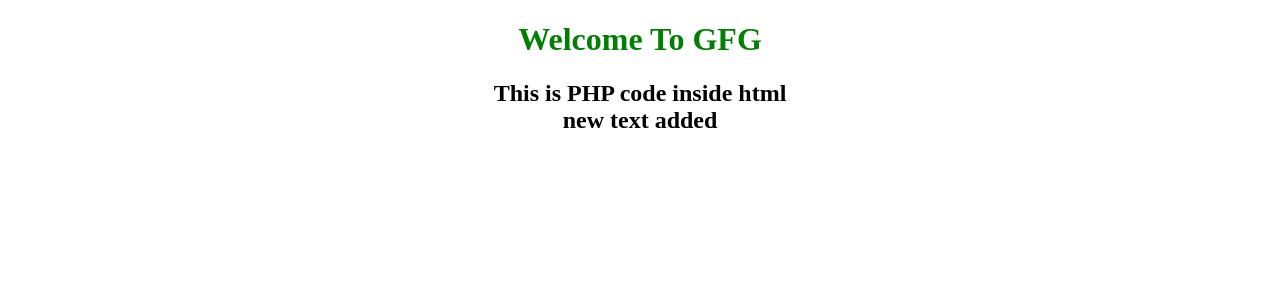
Repository: joyelmk/phpprojectgh
Page: http://localhost/example1.php
The author's editor kept a copy of each file at every save. The page is drawn from the files as they stood at one save, then again after the next save.
The browser window is 1280 px wide. The pictures show the whole page.
The page is run by PHP 8.4 with error messages shown; the project is at /var/www/html/.

Above is the page before, as saved 2022-12-14 10:55:38.

After the next save:
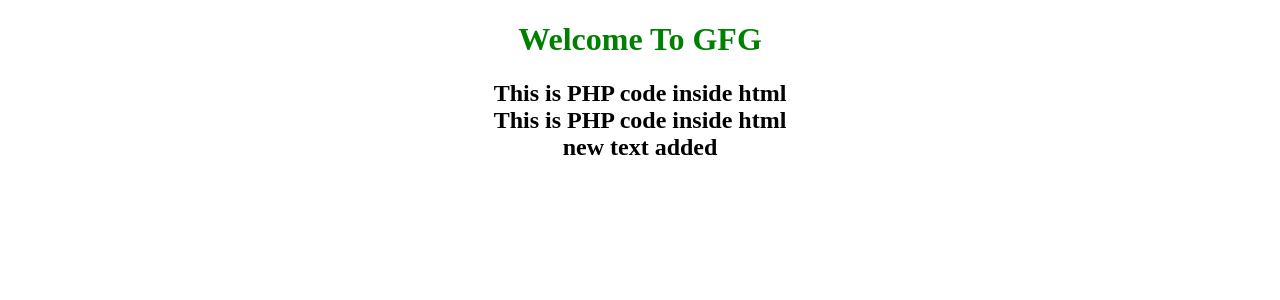
Saved 7 min 41 s later.
--- a/example1.php
+++ b/example1.php
@@ -17,6 +17,7 @@
         <h2>
             <?php
             echo "This is PHP code inside html<br>";
+            echo "This is PHP code inside html<br>";
             echo "new text added"
             ?>
         </h2>
